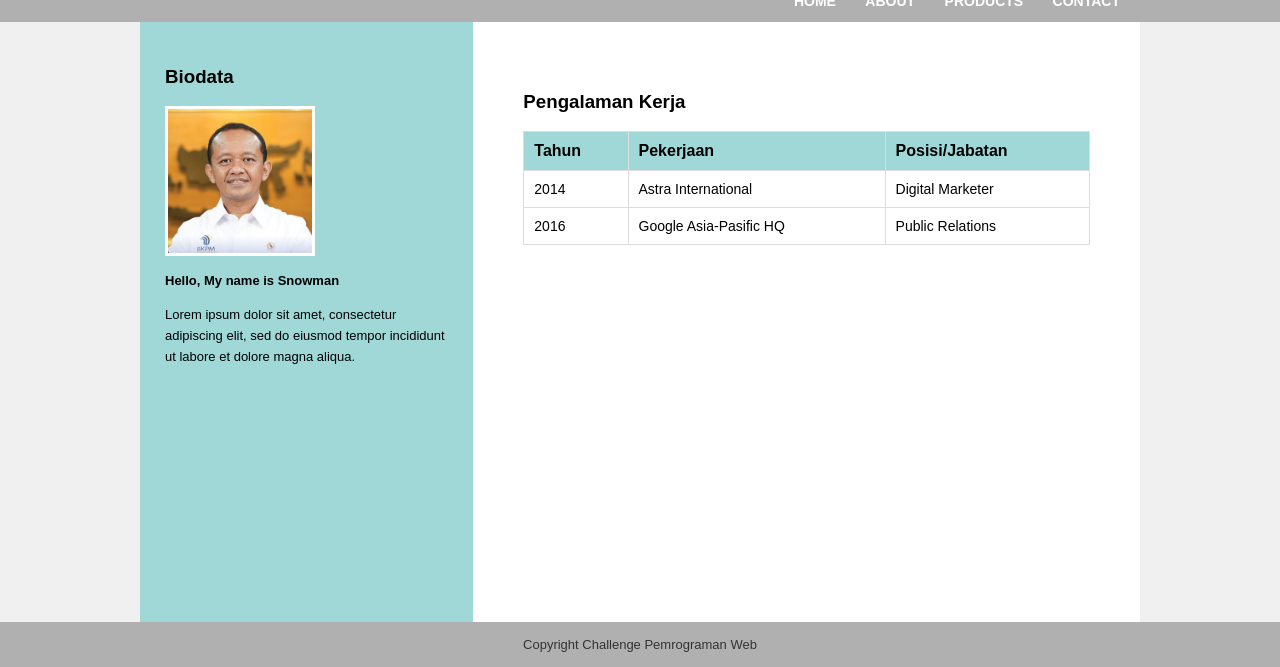
Repository: Nanda-IT/CSS-layout-Flexbox
Page: pratikum5.html
The author's editor kept a copy of each file at every save. The page is drawn from the files as they stood at one save, then again after the next save.
The browser window is 1280 px wide. The pictures show the part of the page from y = 280 to 947 px (the page is 947 px tall).
A picture or video elsewhere on the page could not be fetched, so the positions and the page height are approximate.

Above is the page before, as saved 2026-04-27 12:33:57.

After the next save:
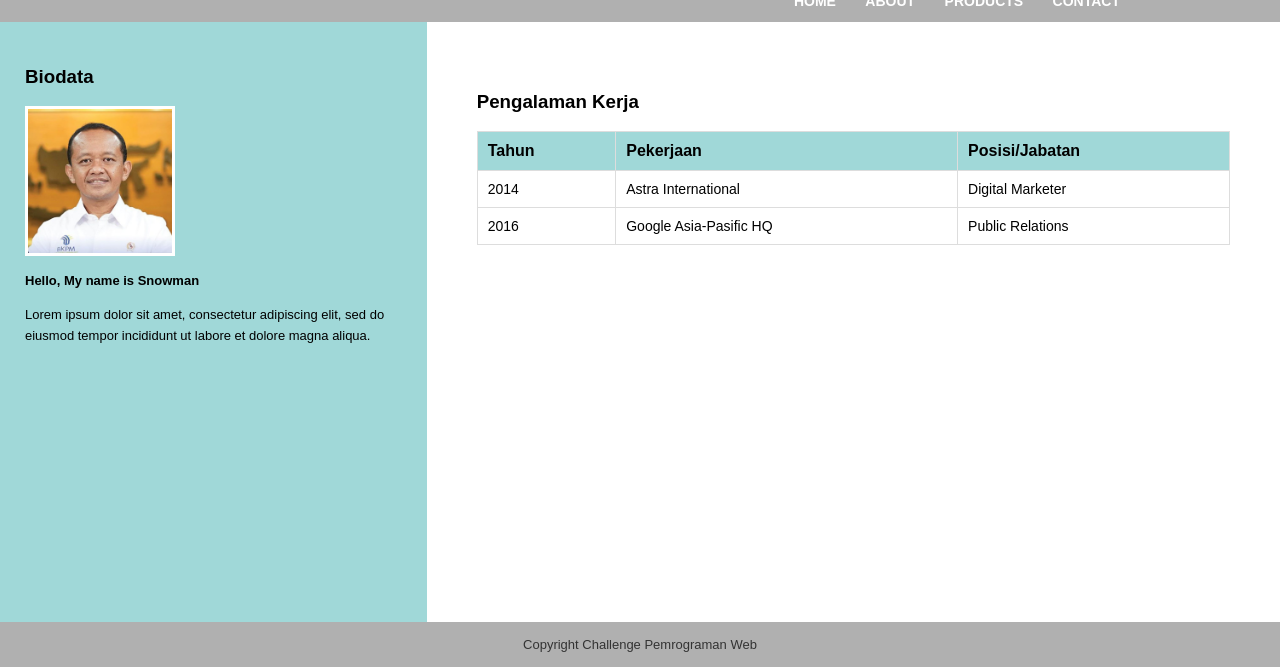
Saved 15 s later.
--- a/style.css
+++ b/style.css
@@ -109,7 +109,7 @@
 /* Layout Konten */
 .container {
     display: flex;
-    max-width: 1000px;
+    max-width: 100%;
     margin: 0 auto;
     min-height: 600px;
     background-color: white;
